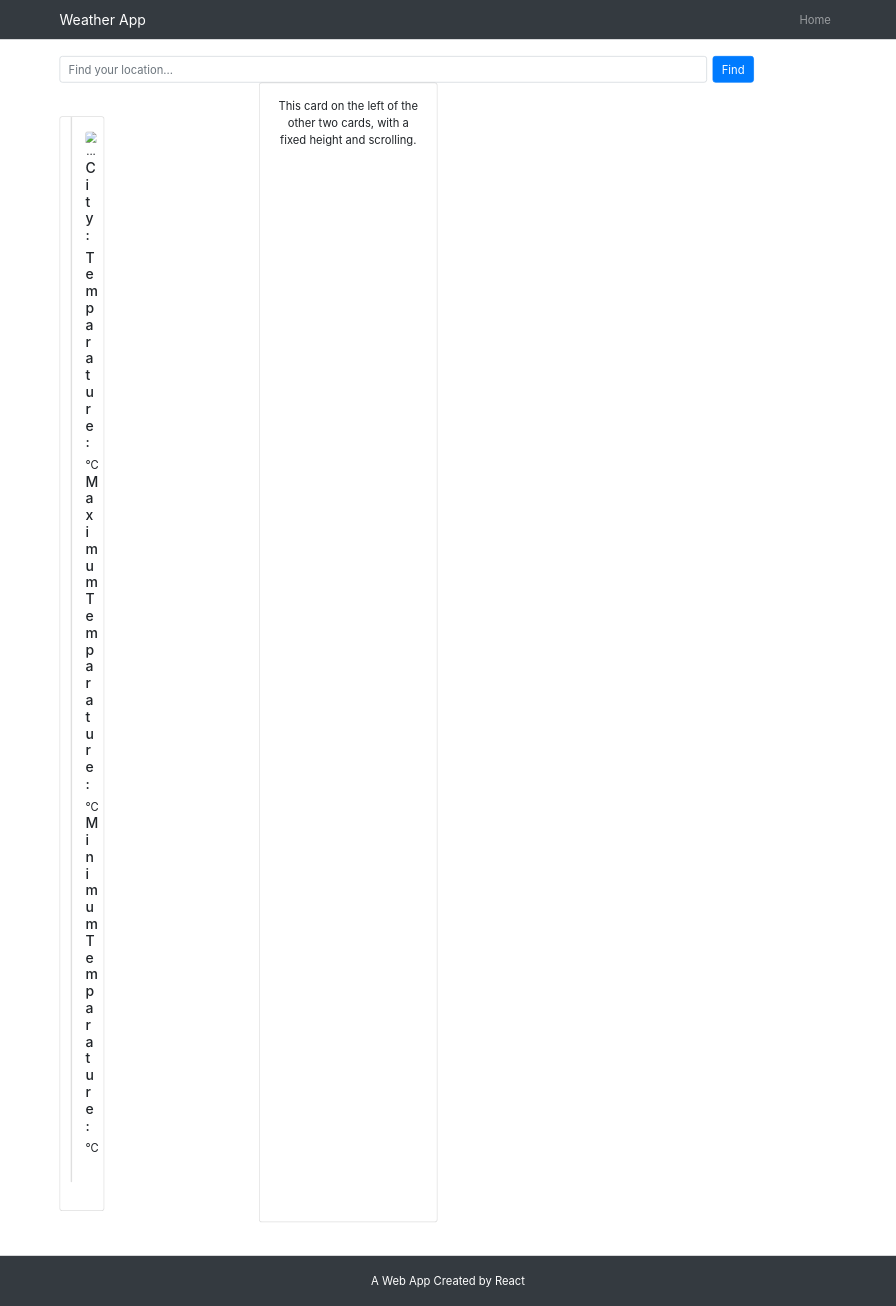
Repository: smk87/weather-app-react
Page: /
An editor plug-in stored every save of this project. The page is shown before and after the next save, followed by the edit.
The browser window is 1280 px wide. The pictures show the whole page, at 70% of full size.
The page's requests for data from a server got no answer. Some web libraries are served in a nearby version. The project was rebuilt for these pictures with package versions that can differ from the ones it lists, and the page was loaded fresh each time. A package was used in the major version that the imports need, not the one package.json lists. No one was signed in, and anything a server would have sent is missing.

Above is the page before, as saved 2019-02-06 18:02:08.

### public/index.html
<!DOCTYPE html>
<html lang="en">
  <head>
    <meta charset="utf-8" />
    <link rel="shortcut icon" href="%PUBLIC_URL%/favicon.ico" />
    <meta
      name="viewport"
      content="width=device-width, initial-scale=1, shrink-to-fit=no"
    />
    <meta name="theme-color" content="#000000" />
    <!--
      manifest.json provides metadata used when your web app is added to the
      homescreen on Android. See https://developers.google.com/web/fundamentals/web-app-manifest/
    -->
    <link rel="manifest" href="%PUBLIC_URL%/manifest.json" />
    <link
      rel="stylesheet"
      href="https://stackpath.bootstrapcdn.com/bootstrap/4.2.1/css/bootstrap.min.css"
      integrity="sha384-GJzZqFGwb1QTTN6wy59ffF1BuGJpLSa9DkKMp0DgiMDm4iYMj70gZWKYbI706tWS"
      crossorigin="anonymous"
    />
    <script
      defer
      src="https://use.fontawesome.com/releases/v5.6.3/js/all.js"
      integrity="sha384-EIHISlAOj4zgYieurP0SdoiBYfGJKkgWedPHH4jCzpCXLmzVsw1ouK59MuUtP4a1"
      crossorigin="anonymous"
    ></script>
    <!--
      Notice the use of %PUBLIC_URL% in the tags above.
      It will be replaced with the URL of the `public` folder during the build.
      Only files inside the `public` folder can be referenced from the HTML.

      Unlike "/favicon.ico" or "favicon.ico", "%PUBLIC_URL%/favicon.ico" will
      work correctly both with client-side routing and a non-root public URL.
      Learn how to configure a non-root public URL by running `npm run build`.
    -->
    <title>React App</title>
  </head>
  <body>
    <noscript>You need to enable JavaScript to run this app.</noscript>
    <div id="root"></div>
    <!--
      This HTML file is a template.
      If you open it directly in the browser, you will see an empty page.

      You can add webfonts, meta tags, or analytics to this file.
      The build step will place the bundled scripts into the <body> tag.

      To begin the development, run `npm start` or `yarn start`.
      To create a production bundle, use `npm run build` or `yarn build`.
    -->

    <script
      src="https://code.jquery.com/jquery-3.3.1.slim.min.js"
      integrity="sha384-q8i/X+965DzO0rT7abK41JStQIAqVgRVzpbzo5smXKp4YfRvH+8abtTE1Pi6jizo"
      crossorigin="anonymous"
    ></script>
    <script
      src="https://cdnjs.cloudflare.com/ajax/libs/popper.js/1.14.6/umd/popper.min.js"
      integrity="sha384-wHAiFfRlMFy6i5SRaxvfOCifBUQy1xHdJ/yoi7FRNXMRBu5WHdZYu1hA6ZOblgut"
      crossorigin="anonymous"
    ></script>
    <script
      src="https://stackpath.bootstrapcdn.com/bootstrap/4.2.1/js/bootstrap.min.js"
      integrity="sha384-B0UglyR+jN6CkvvICOB2joaf5I4l3gm9GU6Hc1og6Ls7i6U/mkkaduKaBhlAXv9k"
      crossorigin="anonymous"
    ></script>
  </body>
</html>

### src/App.js
import React, { Component } from "react";
import { BrowserRouter as Router, Route, Switch } from "react-router-dom";
import logo from "./logo.svg";
import "./App.css";

//Import Layout Components
import NavBar from "./components/NavBar";
import Footer from "./components/Footer";
import Home from "./components/Home";

class App extends Component {
  render() {
    return (
      <Router>
        <div className="App">
          <NavBar />
          <Route exact path="/" component={Home} />
          <Footer />
        </div>
      </Router>
    );
  }
}

export default App;

### src/components/NavBar.js
import React, { Component } from "react";
import { Link } from "react-router-dom";

export default class NavBar extends Component {
  render() {
    return (
      <div>
        <nav className="navbar navbar-expand-sm navbar-dark bg-dark mb-4">
          <div className="container">
            <Link className="navbar-brand" to="/">
              Weather App
            </Link>
            <button
              className="navbar-toggler"
              type="button"
              data-toggle="collapse"
              data-target="#mobile-nav"
            >
              <span className="navbar-toggler-icon" />
            </button>

            <div className="collapse navbar-collapse" id="mobile-nav">
              <ul className="navbar-nav mr-auto" />
              <ul className="navbar-nav ml-auto">
                <li className="nav-item">
                  <Link className="nav-link" to="/">
                    Home
                  </Link>
                </li>
              </ul>
            </div>
          </div>
        </nav>
      </div>
    );
  }
}

### src/components/Footer.js
import React from "react";

export default function Footer() {
  return (
    <footer className="bg-dark text-white mt-5 p-4 text-center">
      A Web App Created by React
    </footer>
  );
}

### src/components/Home.js
import React, { Component } from "react";
import { Link } from "react-router-dom";
import Weather from "./Weather";

export default class Home extends Component {
  constructor() {
    super();

    this.state = {
      search: ""
    };
  }
  onChange = e => {
    this.setState({
      [e.target.name]: e.target.value
    });
  };
  onSubmit = e => {
    e.preventDefault();
    console.log(this.state);
  };

  render() {
    return (
      <div>
        <div className="container">
          <form onSubmit={this.onSubmit} action="#" className="form-inline">
            <input
              type="text"
              name="search"
              className="form-control col-md-10"
              placeholder="Find your location..."
              value={this.state.search}
              onChange={this.onChange}
            />
            <input
              type="submit"
              className="ml-2 btn btn-primary"
              value="Find"
            />
          </form>

          <div className="row">
            <div className="col col-md-3">
              <div>
                <p>
                  <Weather id="2344116" />
                </p>
              </div>
            </div>
            <div className="col col-md-3">
              <div class="card h-100">
                <p class="card-body">
                  This card on the left of the other two cards, with a fixed
                  height and scrolling.
                </p>
              </div>
            </div>
          </div>
        </div>
      </div>
    );
  }
}

### src/components/Weather.js
import React, { Component } from "react";
import axios from "axios";

export default class Weather extends Component {
  constructor() {
    super();

    this.state = {
      cityname: "",
      id: "",
      temp: "",
      maxtemp: "",
      mintemp: "",
      logo: ""
    };
  }

  componentWillMount() {
    this.setState({ id: this.props.id });

    const url = `weather/weather.php?command=location&woeid=${this.props.id}`;
    // console.log(url);
    axios
      .get(url) //Used proxy to connect with local wamp server
      .then(res => {
        console.log(res.data);

        switch (res.data.consolidated_weather[0].weather_state_name) {
          case "Snow":
            this.setState({
              logo: "https://www.metaweather.com/static/img/weather/sn.svg"
            });
            break;
          case "Sleet":
            this.setState({
              logo: "https://www.metaweather.com/static/img/weather/sl.svg"
            });
            break;
          case "Hail":
            this.setState({
              logo: "https://www.metaweather.com/static/img/weather/h.svg"
            });
            break;
          case "Thunderstorm":
            this.setState({
              logo: "https://www.metaweather.com/static/img/weather/t.svg"
            });
            break;
          case "Heavy Rain":
            this.setState({
              logo: "https://www.metaweather.com/static/img/weather/hr.svg"
            });
            break;
          case "Light Rain":
            this.setState({
              logo: `https://www.metaweather.com/static/img/weather/lr.svg`
            });
            break;
          case "Showers":
            this.setState({
              logo: "https://www.metaweather.com/static/img/weather/s.svg"
            });
            break;
          case "Heavy Cloud":
            this.setState({
              logo: "https://www.metaweather.com/static/img/weather/hc.svg"
            });
            break;
          case "Light Cloud":
            this.setState({
              logo: "https://www.metaweather.com/static/img/weather/lc.svg"
            });
            break;
          case "Clear":
            this.setState({
              logo: "https://www.metaweather.com/static/img/weather/c.svg"
            });
            break;
        }
        this.setState({
          cityname: res.data.title,
          temp: res.data.consolidated_weather[0].the_temp.toPrecision(3),
          maxtemp: res.data.consolidated_weather[0].max_temp.toPrecision(3),
          mintemp: res.data.consolidated_weather[0].min_temp.toPrecision(3)
        });
      })
      .catch(err => console.log(err));
  }

  render() {
    return (
      <div className="mt-5 mr-2 h-50 w-25 card">
        <div className="col col-md-3">
          <div class="card h-100">
            <p class="card-body">
              <div>
                <img src={this.state.logo} className="card-img-top" alt="..." />
              </div>
              <div className="card-text">
                <h5>City: </h5> {this.state.cityname}
              </div>
              <div className="card-text">
                <h5>Temparature: </h5> {this.state.temp}
                <span>&#8451;</span>
              </div>
              <div className="card-text">
                {" "}
                <h5>Maximum Temparature: </h5> {this.state.maxtemp}
                <span>&#8451;</span>
              </div>
              <div className="card-text">
                {" "}
                <h5>Minimum Temparature: </h5>
                {this.state.mintemp}
                <span>&#8451;</span>
              </div>
            </p>
          </div>
        </div>

        <div className="card-body" />
      </div>
    );
  }
}

Loaded but not shown: src/index.js (common file); src/index.css (common file); src/serviceWorker.js (common file); src/App.css (common file)

After the next save:
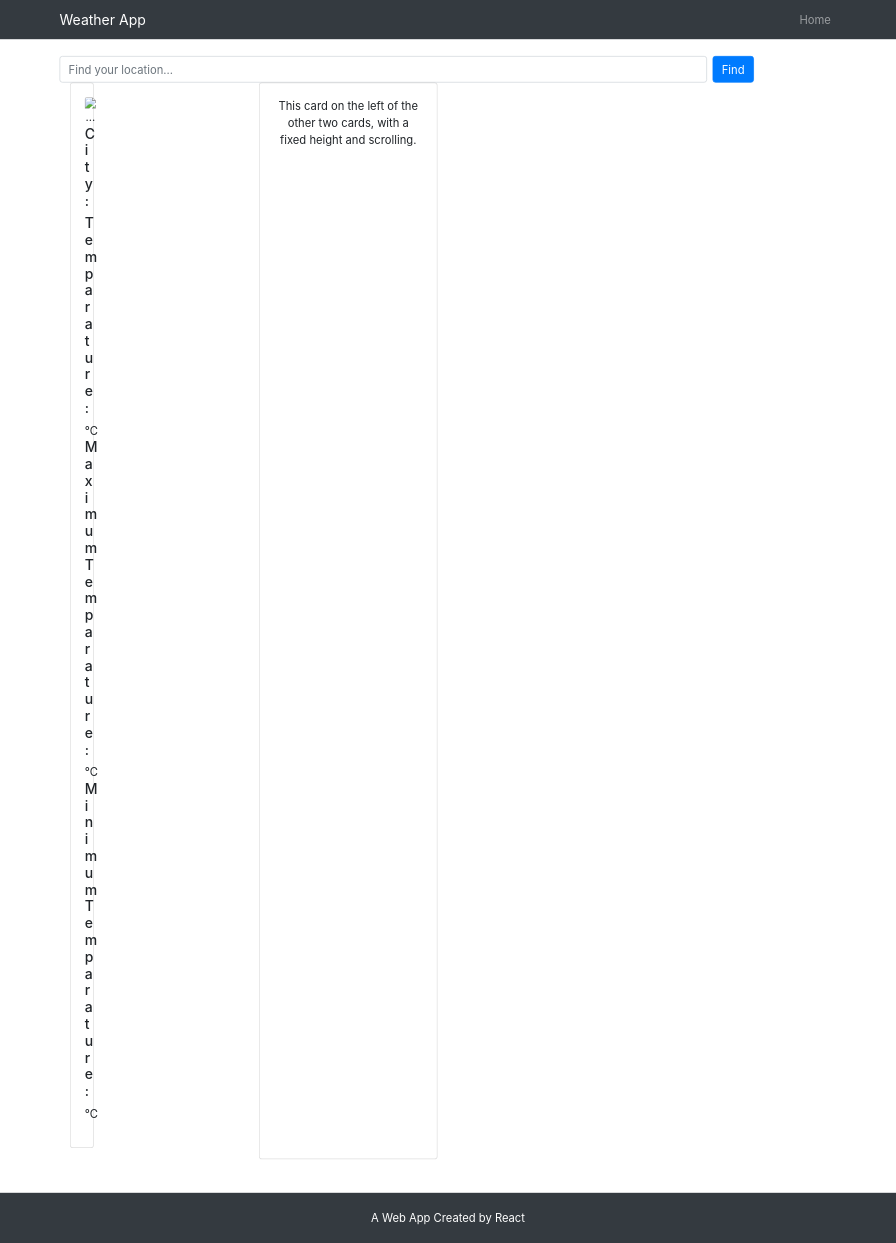
Saved 20 s later.
--- a/src/components/Weather.js
+++ b/src/components/Weather.js
@@ -89,36 +89,32 @@ export default class Weather extends Component {
 
   render() {
     return (
-      <div className="mt-5 mr-2 h-50 w-25 card">
-        <div className="col col-md-3">
-          <div class="card h-100">
-            <p class="card-body">
-              <div>
-                <img src={this.state.logo} className="card-img-top" alt="..." />
-              </div>
-              <div className="card-text">
-                <h5>City: </h5> {this.state.cityname}
-              </div>
-              <div className="card-text">
-                <h5>Temparature: </h5> {this.state.temp}
-                <span>&#8451;</span>
-              </div>
-              <div className="card-text">
-                {" "}
-                <h5>Maximum Temparature: </h5> {this.state.maxtemp}
-                <span>&#8451;</span>
-              </div>
-              <div className="card-text">
-                {" "}
-                <h5>Minimum Temparature: </h5>
-                {this.state.mintemp}
-                <span>&#8451;</span>
-              </div>
-            </p>
-          </div>
+      <div className="col col-md-3">
+        <div class="card h-100">
+          <p class="card-body">
+            <div>
+              <img src={this.state.logo} className="card-img-top" alt="..." />
+            </div>
+            <div className="card-text">
+              <h5>City: </h5> {this.state.cityname}
+            </div>
+            <div className="card-text">
+              <h5>Temparature: </h5> {this.state.temp}
+              <span>&#8451;</span>
+            </div>
+            <div className="card-text">
+              {" "}
+              <h5>Maximum Temparature: </h5> {this.state.maxtemp}
+              <span>&#8451;</span>
+            </div>
+            <div className="card-text">
+              {" "}
+              <h5>Minimum Temparature: </h5>
+              {this.state.mintemp}
+              <span>&#8451;</span>
+            </div>
+          </p>
         </div>
-
-        <div className="card-body" />
       </div>
     );
   }
